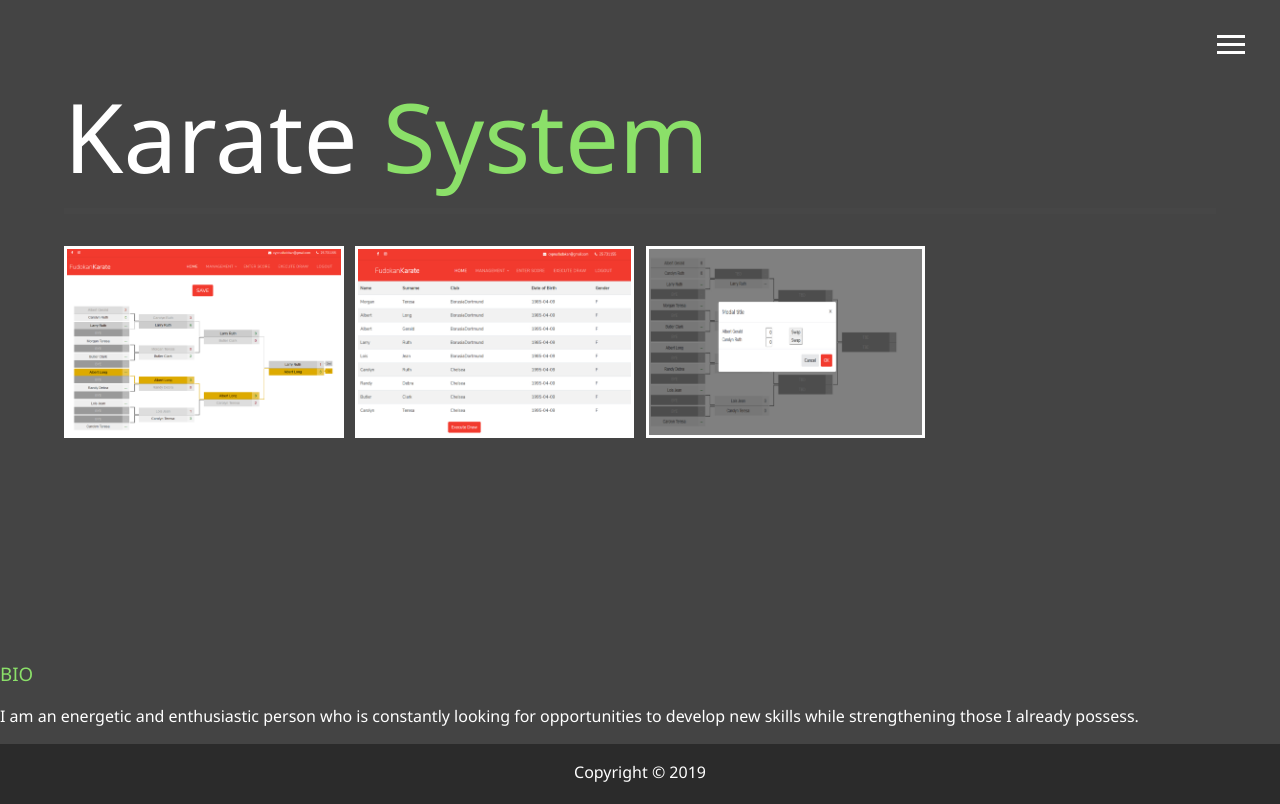
Repository: Preap/portfolio
Page: dist/projects/karate.html
An editor plug-in stored every save of this project. The page is shown before and after the next save, followed by the edit.
The browser window is 1280 px wide. The pictures show the whole page.
Some web libraries are served in a nearby version.

Above is the page before, as saved 2019-06-05 21:53:29.

### dist/projects/karate.html
<!DOCTYPE html>
<html lang="en">
  <head>
    <meta charset="UTF-8" />
    <meta name="viewport" content="width=device-width, initial-scale=1.0" />
    <meta http-equiv="X-UA-Compatible" content="ie=edge" />
    <link
      rel="stylesheet"
      href="https://use.fontawesome.com/releases/v5.6.1/css/all.css"
      integrity="sha384-gfdkjb5BdAXd+lj+gudLWI+BXq4IuLW5IT+brZEZsLFm++aCMlF1V92rMkPaX4PP"
      crossorigin="anonymous"
    />
    <link rel="stylesheet" href="../css/main.css" />
    <title>My Karate Project</title>
  </head>
  <body>
    <header>
      <div class="menu-btn">
        <div class="btn-line"></div>
        <div class="btn-line"></div>
        <div class="btn-line"></div>
      </div>

      <nav class="menu">
        <div class="menu-branding"><div class="portrait"></div></div>

        <ul class="menu-nav">
          <li class="nav-item">
            <a href="../index.html" class="nav-link"> Home </a>
          </li>
          <li class="nav-item">
            <a href="../about.html" class="nav-link"> My Experience </a>
          </li>
          <li class="nav-item">
            <a href="../work.html" class="nav-link current"> My Projects </a>
          </li>
          <li class="nav-item">
            <a href="../contact.html" class="nav-link"> Contact Me </a>
          </li>
        </ul>
      </nav>
    </header>

    <main id="work">
      <h1 class="lg-heading">
        Karate <span class="text-secondary">System</span>
      </h1>
      <h2 class="sm-heading"></h2>
      <div class="projects">
        <div class="item">
          <a href="#!">
            <img src="../img/projects/karate/image1.png" alt="karate_image" />
          </a>
        </div>
        <div class="item">
          <a href="#!">
            <img src="../img/projects/karate/image2.jpg" alt="karate_image" />
          </a>
        </div>
        <div class="item">
          <a href="#!">
            <img src="../img/projects/karate/image3.jpg" alt="karate_image" />
      </div>
    </main>

    <div class="project-description">
        <h3 class="text-secondary">BIO</h3>
        <p>
          I am an energetic and enthusiastic person who is constantly looking
          for opportunities to develop new skills while strengthening those I
          already possess.
        </p>
      </div>

    <footer id="main-footer">
      Copyright &copy; 2019
    </footer>

    <script src="../js/main.js"></script>
  </body>
</html>

### dist/css/main.css
.menu-btn {
  position: absolute;
  top: 35px;
  right: 35px;
  z-index: 3;
  cursor: pointer;
  transition: all 0.5s ease-out;
}
.menu-btn .btn-line {
  width: 28px;
  height: 3px;
  margin: 0 0 5px 0;
  background: #fff;
  transition: all 0.5s ease-out;
}
.menu-btn.close {
  transform: rotate(180deg);
}
.menu-btn.close .btn-line:nth-child(1) {
  transform: rotate(45deg) translate(5px, 5px);
}
.menu-btn.close .btn-line:nth-child(2) {
  opacity: 0;
}
.menu-btn.close .btn-line:nth-child(3) {
  transform: rotate(-45deg) translate(6px, -6px);
}

.menu {
  position: fixed;
  top: 0;
  width: 100%;
  opacity: 0.98;
  visibility: hidden;
}
.menu.show {
  visibility: visible;
}
.menu-branding,
.menu-nav {
  display: flex;
  flex-flow: column wrap;
  align-items: center;
  justify-content: center;
  float: left;
  width: 50%;
  height: 100vh;
  overflow: hidden;
}
.menu-nav {
  margin: 0;
  padding: 0;
  background: #373737;
  list-style: none;
  transform: translate3d(100%, -100%, 0);
  transition: all 0.5s ease-out;
}
.menu-nav.show {
  transform: translate3d(0, 0, 0);
}
.menu-branding {
  background: #444;
  transform: translate3d(-100%, 100%, 0);
  transition: all 0.5s ease-out;
}
.menu-branding.show {
  transform: translate3d(0, 0, 0);
}
.menu-branding .portrait {
  width: 250px;
  height: 250px;
  background: url(../img/port2BW.jpg);
  border-radius: 50%;
  border: solid 3px #8be069;
  opacity: 1;
}
.menu .nav-item {
  transform: translate3d(600px, 0, 0);
  transition: all 0.5s ease-out;
}
.menu .nav-item.show {
  transform: translate3d(0, 0, 0);
}
.menu .nav-link {
  display: inline-block;
  position: relative;
  font-size: 50px;
  text-transform: uppercase;
  padding: 1rem 0;
  font-weight: 300;
  color: #fff;
  text-decoration: none;
  transition: all 0.5s ease-out;
}
.menu .nav-link:hover {
  color: #8be069;
  transition: all 0.5s ease-out;
}
.menu .nav-link.current {
  color: #8be069;
}

.nav-item:nth-child(1) {
  transition-delay: 0.15s;
}

.nav-item:nth-child(2) {
  transition-delay: 0.3s;
}

.nav-item:nth-child(3) {
  transition-delay: 0.45s;
}

.nav-item:nth-child(4) {
  transition-delay: 0.6s;
}

* {
  box-sizing: border-box;
}

body {
  background: #444;
  color: #fff;
  height: 100%;
  margin: 0;
  font-family: "Segoe UI", Tahoma, Geneva, Verdana, sans-serif;
  line-height: 1.5;
}
body#bg-img {
  background: url(../img/keyboard.jpg);
  background-attachment: fixed;
  background-size: cover;
}
body#bg-img::after {
  content: "";
  position: absolute;
  top: 0;
  right: 0;
  width: 100%;
  height: 100%;
  z-index: -1;
  background: rgba(68, 68, 68, 0.9);
}

h1,
h2,
h3 {
  margin: 0;
  font-weight: 400;
}
h1.lg-heading,
h2.lg-heading,
h3.lg-heading {
  font-size: 6rem;
}
h1.sm-heading,
h2.sm-heading,
h3.sm-heading {
  margin-bottom: 2rem;
  padding: 0.2rem 1rem;
  background: rgba(73, 73, 73, 0.5);
}

a {
  color: #fff;
  text-decoration-line: none;
}

header {
  position: fixed;
  z-index: 2;
  width: 100%;
}

.text-secondary {
  color: #8be069;
}

main {
  padding: 4rem;
  min-height: calc(100vh - 60px);
}
main .icons {
  margin-top: 1rem;
}
main .icons a {
  padding: 0.4rem;
}
main .icons a:hover {
  color: #8be069;
  transition: all 0.5s ease-out;
}
main#home {
  overflow: hidden;
}
main#home h1 {
  margin-top: 20vh;
}

.about-info {
  display: grid;
  grid-gap: 30px;
  grid-template-areas:
    "bioimage bio bio"
    "job1 job2 job3";
  grid-template-columns: repeat(3, 1fr);
}
.about-info .bio-image {
  grid-area: bioimage;
  margin: auto;
  border-radius: 50%;
  border: #8be069 3px solid;
}
.about-info .bio {
  grid-area: bio;
  font-size: 1.5rem;
}
.about-info .job-1 {
  grid-area: job1;
}
.about-info .job-2 {
  grid-area: job2;
}
.about-info .job-3 {
  grid-area: job3;
}
.about-info .job {
  background: #585858;
  padding: 0.5rem;
  border-bottom: #8be069 5px solid;
}

.projects {
  display: grid;
  grid-gap: 0.7rem;
  grid-template-columns: repeat(3, 1fr);
}
.projects img {
  width: 100%;
  border: 3px #fff solid;
}
.projects img:hover {
  opacity: 0.5;
  border-color: #8be069;
  transition: all 0.5s ease-out;
}

.boxes {
  display: flex;
  flex-wrap: wrap;
  justify-content: space-evenly;
  align-items: center;
  margin-top: 1rem;
}
.boxes div {
  font-size: 2rem;
  border: 3px #fff solid;
  padding: 1.5rem 2.5rem;
  margin-bottom: 3rem;
  transition: all 0.5s ease-out;
}
.boxes div:hover {
  padding: 0.5rem 1.5rem;
  background: #8be069;
  color: #000;
}
.boxes div:hover span {
  color: #000;
}

.btn,
.btn-dark,
.btn-light {
  display: block;
  padding: 0.5rem 1rem;
  border: 0;
  margin-bottom: 0.3rem;
}
.btn:hover,
.btn-dark:hover,
.btn-light:hover {
  background: #8be069;
  color: #000;
  transition: all 0.5s ease-out;
}

.btn-dark {
  background: black;
  color: #fff;
}

.btn-light {
  background: #c4c4c4;
  color: #000;
}

#main-footer {
  text-align: center;
  padding: 1rem;
  background: #2b2b2b;
  color: #fff;
  height: 60px;
}

.bio {
  grid-area: bio;
  font-size: 1.5rem;
}

@media screen and (min-width: 1171px) {
  .projects {
    grid-template-columns: repeat(4, 1fr);
  }
}

@media screen and (min-width: 769) and (max-width: 1170px) {
  .projects {
    grid-template-columns: repeat(3, 1fr);
  }
}

@media screen and (max-width: 768px) {
  main {
    align-items: center;
    text-align: center;
  }
  main .lg-heading {
    line-height: 1;
    margin-bottom: 1rem;
  }
  ul.menu-nav,
  div.menu-branding {
    float: none;
    width: 100%;
    min-height: 0;
  }
  ul.menu-nav.show,
  div.menu-branding.show {
    transform: translate3d(0, 0, 0);
  }
  .menu-nav {
    height: 75vh;
    transform: translate3d(-100%, 0, 0);
    font-size: 24px;
  }
  .menu-branding {
    height: 25vh;
    transform: translate3d(100%, 0, 0);
  }
  .menu-branding .portrait {
    background: url(../img/portSmallBW.jpg);
    width: 150px;
    height: 150px;
  }
  .about-info {
    grid-template-areas:
      "bioimage"
      "bio"
      "job1"
      "job2"
      "job3";
    grid-template-columns: 1fr;
  }
  .projects {
    grid-template-columns: repeat(2, 1fr);
  }
}

@media screen and (max-width: 500px) {
  main#home h1 {
    margin-top: 10vh;
  }
  .projects {
    grid-template-columns: 1fr;
  }
}

### dist/js/main.js
// Select DOM Items
const menuBtn = document.querySelector(".menu-btn");
const menu = document.querySelector(".menu");
const menuNav = document.querySelector(".menu-nav");
const menuBranding = document.querySelector(".menu-branding");
const navItems = document.querySelectorAll(".nav-item");

//Set initial state of menu

let showMenu = false;

menuBtn.addEventListener("click", toggleMenu);

function toggleMenu() {
  if (!showMenu) {
    menuBtn.classList.add("close");
    menu.classList.add("show");
    menuNav.classList.add("show");
    menuBranding.classList.add("show");
    navItems.forEach(item => item.classList.add("show"));

    //set menu state
    showMenu = true;
  } else {
    menuBtn.classList.remove("close");
    menu.classList.remove("show");
    menuNav.classList.remove("show");
    menuBranding.classList.remove("show");
    navItems.forEach(item => item.classList.remove("show"));

    //set menu state
    showMenu = false;
  }
}

After the next save:
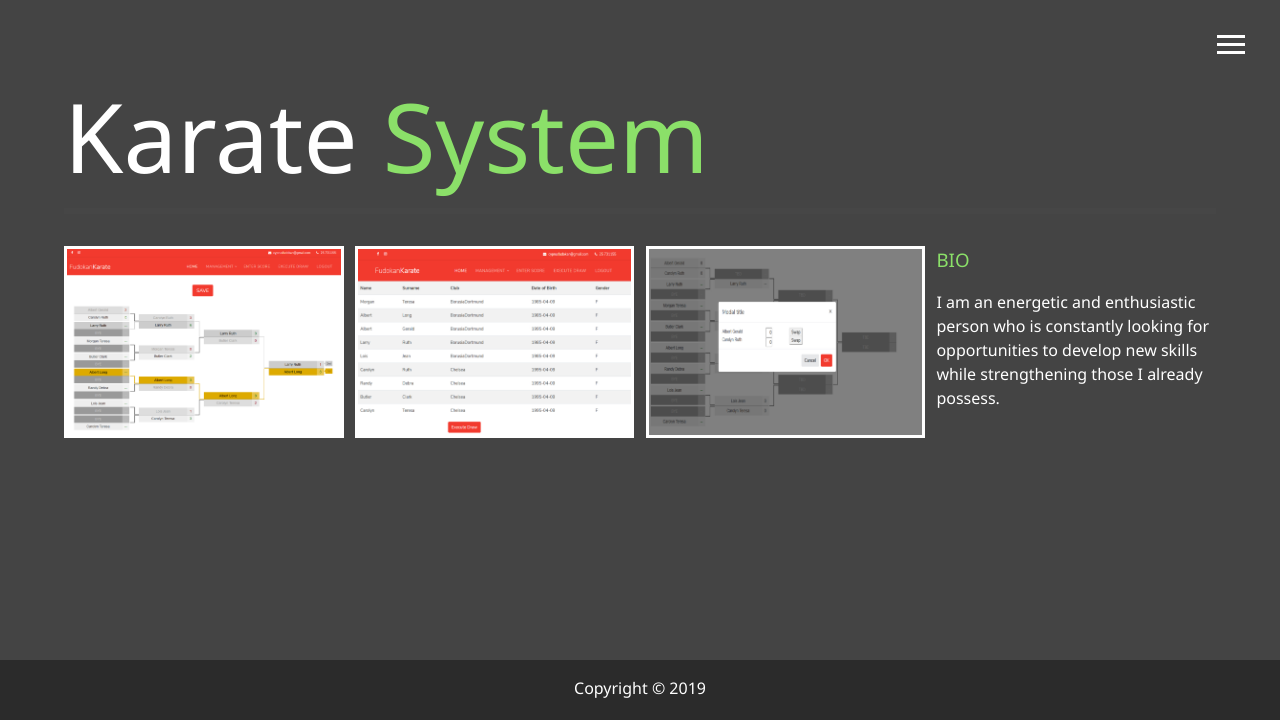
Saved 88 s later.
--- a/dist/projects/karate.html
+++ b/dist/projects/karate.html
@@ -61,9 +61,8 @@
           <a href="#!">
             <img src="../img/projects/karate/image3.jpg" alt="karate_image" />
       </div>
-    </main>
 
-    <div class="project-description">
+      <div class="project-description">
         <h3 class="text-secondary">BIO</h3>
         <p>
           I am an energetic and enthusiastic person who is constantly looking
@@ -72,6 +71,8 @@
         </p>
       </div>
 
+    </main>
+
     <footer id="main-footer">
       Copyright &copy; 2019
     </footer>
